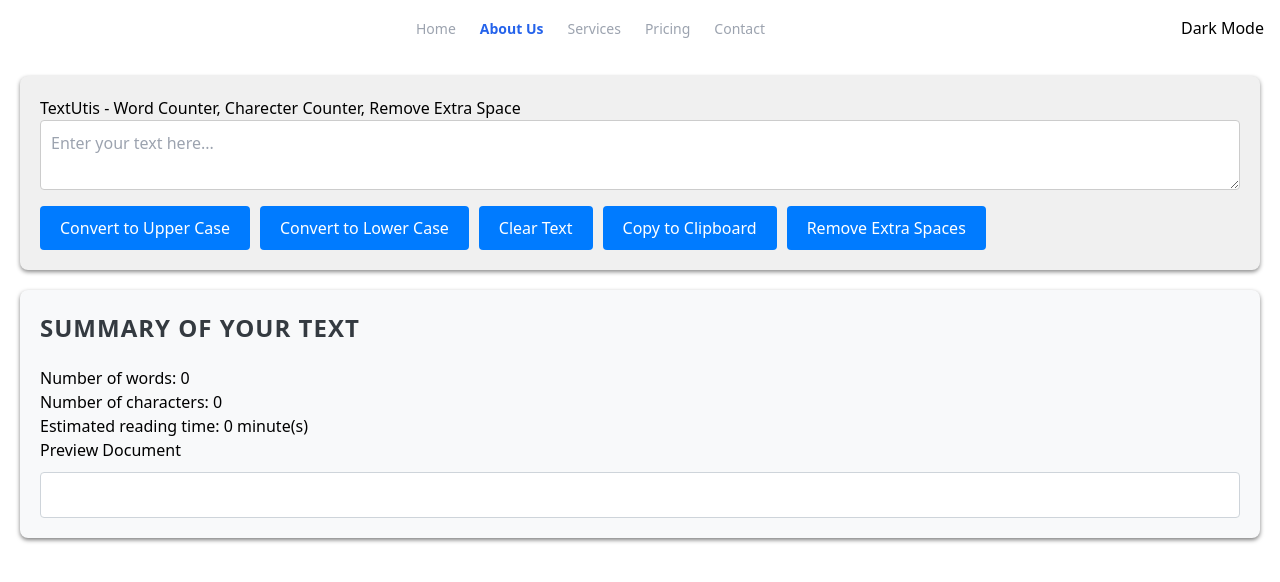
Repository: sriram1224/Text-converter
Page: /contact
The author's editor kept a copy of each file at every save. The page is drawn from the files as they stood at one save, then again after the next save.
The browser window is 1280 px wide. The pictures show the whole page.
The project was rebuilt for these pictures with package versions that can differ from the ones it lists, and the page was loaded fresh each time. Also part of the build but not shown: src/App.css.

Above is the page before, as saved 2024-03-27 01:43:59.

After the next save:
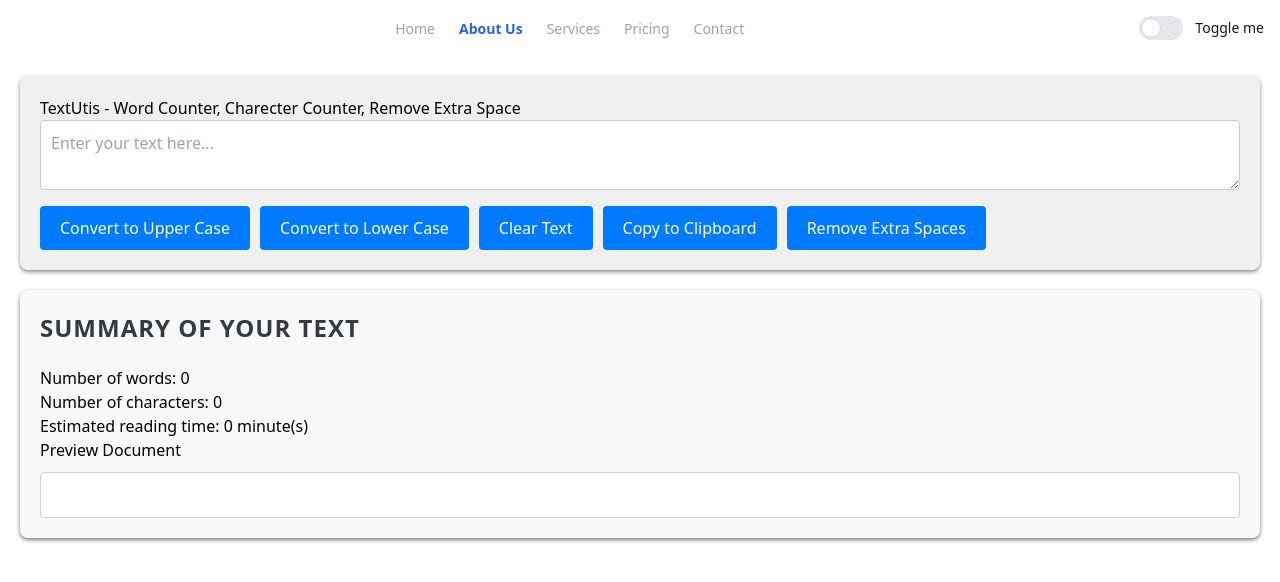
Saved 3 min 17 s later.
--- a/src/Navbar.jsx
+++ b/src/Navbar.jsx
@@ -1,35 +1,15 @@
 import React, { useState, useEffect } from 'react';
 
-function Navbar() {
+function Navbar({ isDarkMode, toggleDarkMode }) {
   const [isMenuOpen, setIsMenuOpen] = useState(false);
-  const [isDarkMode, setIsDarkMode] = useState(false);
-  const [showSuccessMessage, setShowSuccessMessage] = useState(false);
 
   const toggleMenu = () => {
     setIsMenuOpen(!isMenuOpen);
   };
 
-  const toggleDarkMode = () => {
-    setIsDarkMode(!isDarkMode);
-    setShowSuccessMessage(true); // Show success message when mode changes
-    setTimeout(() => {
-      setShowSuccessMessage(false); // Hide success message after 2 seconds
-    }, 2000);
-  };
-
-  useEffect(() => {
-    // Here you can set your dark mode styles based on isDarkMode state
-    // For simplicity, I'm just applying a dark class to the body
-    if (isDarkMode) {
-      document.body.classList.add('dark');
-    } else {
-      document.body.classList.remove('dark');
-    }
-  }, [isDarkMode]);
-
   return (
     <nav className="relative px-4 py-4 flex justify-between items-center bg-white">
-      <a className="text-3xl font-bold leading-none" href>
+      <a className="text-3xl font-bold leading-none" href="#">
 
       </a>
       <div className="lg:hidden">
@@ -49,16 +29,11 @@ function Navbar() {
       </ul>
 
       {/* Toggle button for dark mode */}
-      <button onClick={toggleDarkMode} className="ml-4">
-        {isDarkMode ? 'Light Mode' : 'Dark Mode'}
-      </button>
-
-      {/* Success message */}
-      {showSuccessMessage && (
-        <div className="success-message">
-          Success: {isDarkMode ? 'Dark' : 'Light'} mode has been enabled for some time
-        </div>
-      )}
+      <label className="inline-flex items-center cursor-pointer ml-4">
+        <input type="checkbox" checked={isDarkMode} onChange={toggleDarkMode} className="sr-only peer" />
+        <div className="relative w-11 h-6 bg-gray-200 peer-focus:outline-none peer-focus:ring-4 peer-focus:ring-blue-300 dark:peer-focus:ring-blue-800 rounded-full peer dark:bg-gray-700 peer-checked:after:translate-x-full rtl:peer-checked:after:-translate-x-full peer-checked:after:border-white after:content-[''] after:absolute after:top-[2px] after:start-[2px] after:bg-white after:border-gray-300 after:border after:rounded-full after:h-5 after:w-5 after:transition-all dark:border-gray-600 peer-checked:bg-blue-600"></div>
+        <span className="ms-3 text-sm font-medium text-gray-900 dark:text-gray-300">Toggle me</span>
+      </label>
 
       {isMenuOpen && <div className="navbar-backdrop fixed inset-0 bg-gray-800 opacity-25" onClick={toggleMenu}></div>}
     </nav>
